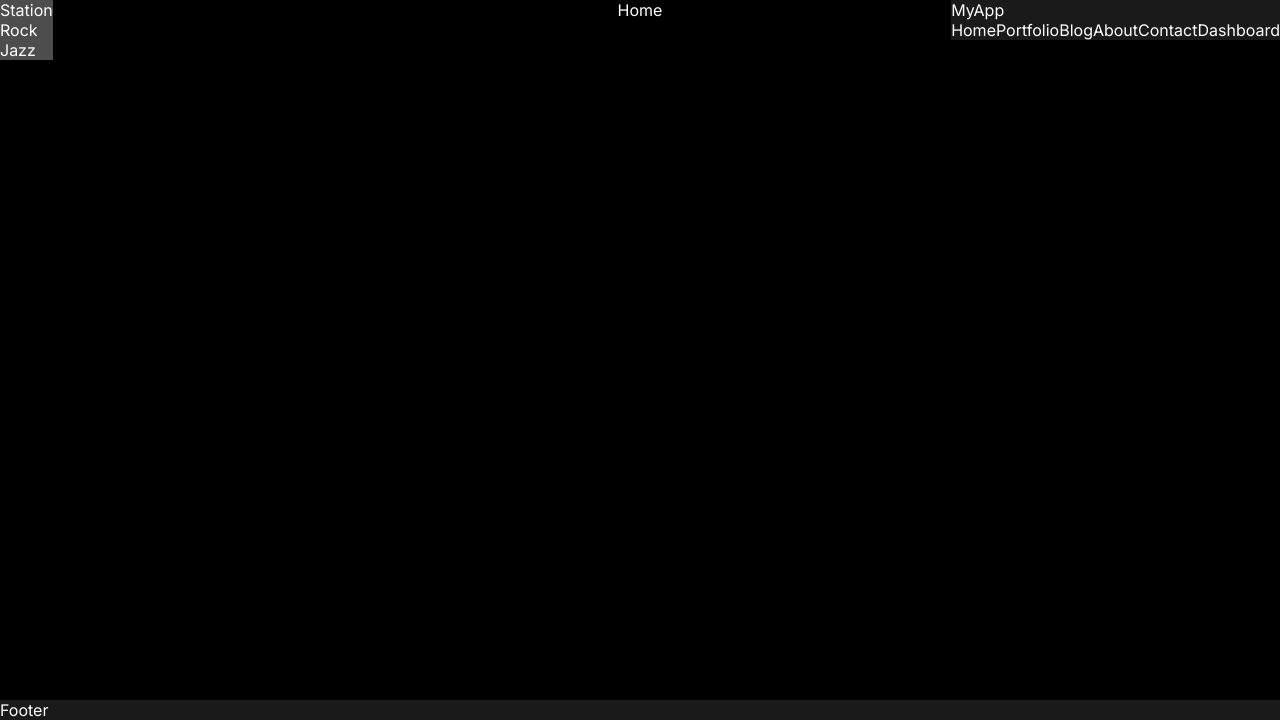
Repository: Iq-Life/musicflow-life
Page: /
These files come from the project's save history. The page is drawn as it stood at one moment and after the next save; the edit follows.
The browser window is 1280 px wide. The pictures show the whole page.
The project was rebuilt for these pictures with package versions that can differ from the ones it lists, and the page was loaded fresh each time. The framework's server and built-in components were replaced by stand-ins that run in the browser. Also part of the build but not shown: next.config.js.

Above is the page before, as saved 2023-09-14 15:30:53.

### src/app/layout.tsx
import './globals.css'
import type { Metadata } from 'next'
import { Inter } from 'next/font/google'
import Navbar from '@/components/navbar/Navbar'
import Footer from '@/components/footer/Footer'
import StationsList from '@/components/station/StationsList'

const inter = Inter({ subsets: ['latin'] })

export const metadata: Metadata = {
  title: 'Create Next App',
  description: 'Generated by create next app',
}

export default function RootLayout({
  children,
}: {
  children: React.ReactNode
}) {
  return (
    <html lang="en">
      <body className={inter.className}>
        <div className='container'>
          <StationsList/>
          <Navbar/>
          {children}
          <Footer/>
        </div>
      </body>
    </html>
  )
}

### src/app/globals.css
* {
  box-sizing: border-box;
  padding: 0;
  margin: 0;
}

html,
body {
  max-width: 100vw;
  overflow-x: hidden;
  background-color: black;
  color: #fff;
}

a {
  text-decoration: none;
  color: inherit;
}

.container {
  width: 100vw;
  height: 100vh;
  position: relative;
  display: flex;
  justify-content: center;
}

### src/components/navbar/Navbar.tsx
import Link from 'next/link'
import styles from './Navbar.module.scss'

const links = [
  {
    id:1,
    title: 'Home',
    url: "/",
  },
  {
    id:2,
    title: 'Portfolio',
    url: "/portfolio",
  },
  {
    id:3,
    title: 'Blog',
    url: "/blog",
  },
  {
    id:4,
    title: 'About',
    url: "/about",
  },
  {
    id:5,
    title: 'Contact',
    url: "/contact",
  },
  {
    id:6,
    title: 'Dashboard',
    url: "/dashboard",
  },
]

const Navbar = () => {
  return (
    <nav className={styles.navbar}>
      <Link href='/'>MyApp</Link>
      <div>
        {links.map((link)=> (
          <Link key={link.id} href={link.url}>{link.title}</Link>
        ))}
      </div>
    </nav>
  )
}

export default Navbar

### src/components/footer/Footer.tsx
import styles from './Footer.module.scss'

const Footer = () => {
  return (
    <footer className={styles.footer}>Footer</footer>
  )
}

export default Footer

### src/components/station/StationsList.tsx
import React from 'react'
import styles from './StationsList.module.scss'

const stationsMusic = [
  {
    id:1,
    title: 'Rock'
  },
  {
    id:2,
    title: 'Jazz'
  },
]

const StationsList = () => {
  return (
    <div className={styles.stationsList}>
      <ul>
        Station
        {stationsMusic.map((station) => (
          <li key={station.id}>{station.title}</li>
        ))}
      </ul>
    </div>
  )
}

export default StationsList

### src/components/navbar/Navbar.module.scss
.navbar {
  position: absolute;
  top: 0;
  right: 0;
  background-color: rgba(255,255,255, 0.1);
}

### src/components/footer/Footer.module.scss
.footer {
  position: absolute;
  bottom: 0;
  right: 0;
  left: 0;
  background-color: rgba(255,255,255, 0.1);
}

### src/components/station/StationsList.module.scss
.stationsList {
  position: absolute;
  top: 0;
  left: 0;
  background-color: rgba(255,255,255, 0.3);
}

Loaded but not shown: src/app/page.tsx (common file)

After the next save:
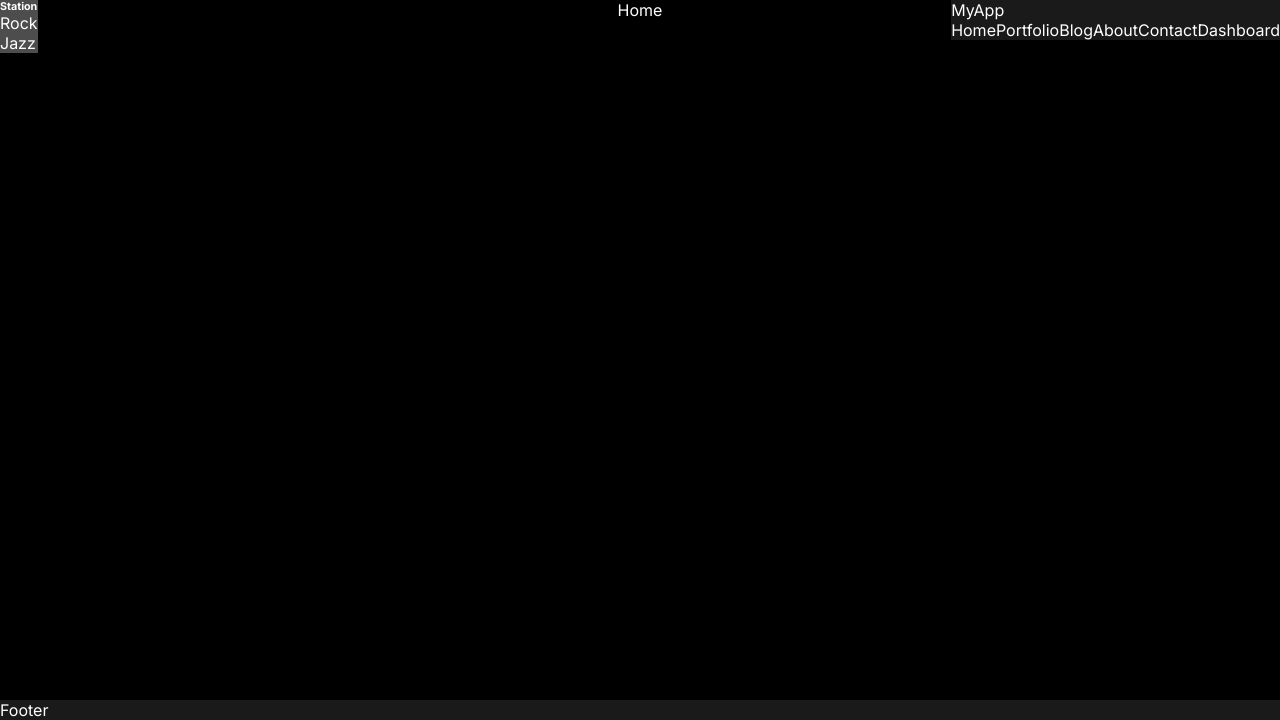
Saved 26 s later.
--- a/src/components/station/StationsList.tsx
+++ b/src/components/station/StationsList.tsx
@@ -16,7 +16,7 @@ const StationsList = () => {
   return (
     <div className={styles.stationsList}>
       <ul>
-        Station
+        <h6>Station</h6>
         {stationsMusic.map((station) => (
           <li key={station.id}>{station.title}</li>
         ))}
